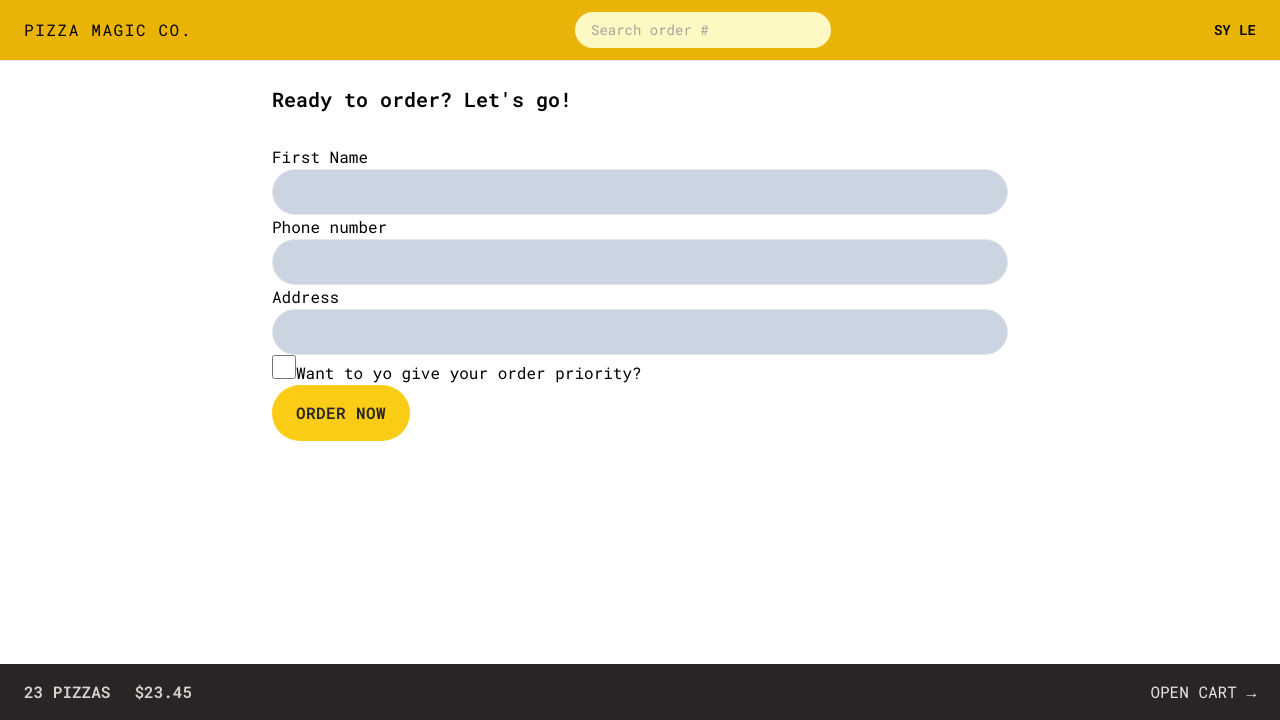
Repository: SyLe-Van/The-Pizza-Magic-web
Page: /order/new
An editor plug-in stored every save of this project. The page is shown before and after the next save, followed by the edit.
The browser window is 1280 px wide. The pictures show the whole page.
The project was rebuilt for these pictures with package versions that can differ from the ones it lists, and the page was loaded fresh each time. Also part of the build but not shown: vite.config.js, src/features/user/CreateUser.jsx, src/ui/Home.jsx, src/ui/Loader.jsx, src/features/menu/Menu.jsx, src/ui/LinkButton.jsx, src/utils/helpers.js, src/features/cart/CartItem.jsx and 3 more. Imported but missing from the stored project, and not drawn on this page: src/features/menu/MenuItem.

Above is the page before, as saved 2024-07-28 18:34:22.

### index.html
<!doctype html>
<html lang="en">
  <head>
    <meta charset="UTF-8" />
    <link rel="icon" type="image/svg+xml" href="/vite.svg" />
    <meta name="viewport" content="width=device-width, initial-scale=1.0" />
    <link rel="preconnect" href="https://fonts.googleapis.com">
    <link rel="preconnect" href="https://fonts.gstatic.com" crossorigin>
    <link href="https://fonts.googleapis.com/css2?family=Roboto+Mono:ital,wght@0,100..700;1,100..700&display=swap"
      rel="stylesheet">
    <title>Vite + React</title>
  </head>
  <body clas="bg-stone-100 text-stone-700">
    <div id="root"></div>
    <script type="module" src="/src/main.jsx"></script>
  </body>
</html>

### src/App.jsx
import {RouterProvider, createBrowserRouter } from "react-router-dom"
import Home from "./ui/Home"
import AppLayout from "./ui/AppLayout"
import Menu, {loader as menuLoader} from "./features/menu/Menu"
import Cart from "./features/cart/Cart"
import Error from "./ui/Error"
import CreateOrder, {action as CreateOrderAction} from "./features/order/CreateOrder"
import Order, {loader as orderLoader} from "./features/order/Order"
const router = createBrowserRouter([
  {
    element: <AppLayout />,
    errorElement: <Error />,
    children: [
      {
        path: "/",
        element: <Home />
      },
      {
        path: "/menu",
        element: <Menu />,
        loader: menuLoader,
        errorElement: <Error />,
      },
      {
        path: "/cart",
        element: <Cart />
      },
      {
        path: "/order/new",
        element: <CreateOrder />,
        action: CreateOrderAction,
      },
      {
        path: "/order/:orderId",
        element: <Order />,
        loader: orderLoader,
        errorElement: <Error />,
      }
    ]
  },


])

export default function App() {
  return <RouterProvider router={router} />
}

### src/index.css
@tailwind base;
@tailwind components;
@tailwind utilities;

@layer components {
  .input{
    @apply
      rounded-full
       md:px-6 md:py-3
        focus:ring
        focus:ring-yellow-400
         focus:outline-none
          border
           border-stone-200
            w-full px-4 py-2
            text-sm transition-all
             duration-300
              placeholder:text-stone-400
               bg-slate-300

  }
    .loader {
      width: 45px;
      aspect-ratio: 0.75;
      --c: no-repeat linear-gradient(theme(colors.stone.800) 0 0);
      background: var(--c) 0% 50%, var(--c) 50% 50%, var(--c) 100% 50%;
      background-size: 20% 50%;
      animation: loading 1s infinite linear;
    }

    @keyframes loading {
      20% {
        background-position: 0% 0%, 50% 50%, 100% 50%;
      }

      40% {
        background-position: 0% 100%, 50% 0%, 100% 50%;
      }

      60% {
        background-position: 0% 50%, 50% 100%, 100% 0%;
      }

      80% {
        background-position: 0% 50%, 50% 50%, 100% 100%;
      }
    }
}
/* body {
  font-family: system-ui, -apple-system, BlinkMacSystemFont, 'Segoe UI', Roboto,
    Oxygen, Ubuntu, Cantarell, 'Open Sans', 'Helvetica Neue', sans-serif;
  background-color: #f7f7f7;
  color: #444;
}

.layout {
  display: grid;
  grid-template-rows: auto 1fr auto;
  gap: 32px;
  height: 100dvh;

} */

/* https://dev.to/afif/i-made-100-css-loaders-for-your-next-project-4eje */

### src/ui/AppLayout.jsx
import { Outlet, useNavigation } from "react-router-dom";
import CartOverview from "../features/cart/CartOverview";
import Header from "./Header";
import Loader from "./Loader";
export default function AppLayout() {
    const navigation = useNavigation()
    const isLoading = navigation.state === "loading"
    return (
        <div className="grid h-screen grid-rows-[auto_1fr_auto]">
            {isLoading && <Loader />}
            <Header />
            <div className="overflow-scroll">
                <main className="mx-auto max-w-3xl ">
                    <Outlet />
                </main>
            </div>
            <CartOverview />
        </div>
    )
}

### src/features/order/CreateOrder.jsx
import { useState } from "react";
import Button from "../../ui/Button";
import { Form, redirect, useNavigation, useActionData  } from "react-router-dom";
import { createOrder } from "../../services/apiRestaurant.js";
// https://uibakery.io/regex-library/phone-number
const isValidPhone = (str) =>
  /^\+?\d{1,4}?[-.\s]?\(?\d{1,3}?\)?[-.\s]?\d{1,4}[-.\s]?\d{1,4}[-.\s]?\d{1,9}$/.test(
    str
  );

const fakeCart = [
  {
    pizzaId: 12,
    name: "Mediterranean",
    quantity: 2,
    unitPrice: 16,
    totalPrice: 32,
  },
  {
    pizzaId: 6,
    name: "Vegetale",
    quantity: 1,
    unitPrice: 13,
    totalPrice: 13,
  },
  {
    pizzaId: 11,
    name: "Spinach and Mushroom",
    quantity: 1,
    unitPrice: 15,
    totalPrice: 15,
  },
];

function CreateOrder() {
  const navigation = useNavigation();
  const isSubmitting = navigation.state === "submitting";
  // const [withPriority, setWithPriority] = useState(false);
  const formErrors = useActionData();

  const cart = fakeCart;

  return (
    <div className="px-4 py-6 ">
      <h2 className="text-xl font-semibold mb-8">Ready to order? Let's go!</h2>
      {/* <form method="POST" action="/order/new"></form> */}
      <Form method="POST">
        <div>
          <label>First Name</label>
          <input className="input"  type="text" name="customer" required />
        </div>

        <div>
          <label>Phone number</label>
          <div>
            <input className="input" type="tel" name="phone" required />
          </div>
          {formErrors?.phone && <p>{formErrors.phone}</p>}
        </div>

        <div>
          <label>Address</label>
          <div>
            <input className="input" type="text" name="address" required />
          </div>
        </div>

        <div>

          <input
            className="h-6  w-6 accent-yellow-400 focus:ring-offset-2 focus:ring focus:outline-none focus:ring-yellow-400 "
            type="checkbox"
            name="priority"
            id="priority"
            // value={withPriority}
            // onChange={(e) => setWithPriority(e.target.checked)}
          />
          <label htmlFor="priority">Want to yo give your order priority?</label>
        </div>

        <div>
          <input type="hidden" name="cart" value={JSON.stringify(cart)} />
          <Button type="primary" disabled={isSubmitting}>{isSubmitting ? "Placing order..." : "Order now"} </Button>
        </div>
      </Form>
    </div>
  );s
}

export async function action({request}) {
  const formData = await request.formData();
  const data = Object.fromEntries(formData);
  console.log(data);

  const order = {
    ...data,
    cart: JSON.parse(data.cart),
    priority: data.priority === "on",
  }


  const errors = {}
  if(!isValidPhone(order.phone)) {
    errors.phone = "Invalid phone number"
  }
  if (Object.keys(errors).length > 0) return errors;

  const newOrder = await createOrder(order)

  return redirect(`/order/${newOrder.id}`)
}

export default CreateOrder;

### src/features/cart/CartOverview.jsx
import { Link } from "react-router-dom";

export default function CartOverview() {
  return (
    <div className="bg-stone-800 text-stone-200 py-4 justify-between uppercase  px-4 sm:px-6 md:text-base flex items-center">
      <p className="text-stone-300 font-semibold space-x-4 sm:space-x-6">
        <span>23 pizzas</span>
        <span>$23.45</span>
      </p>
      <Link to='/cart'>Open cart &rarr;</Link>
    </div>
  );
}

### src/ui/Header.jsx
import { Link } from "react-router-dom";
import Username from "../features/user/Username";
import SearchOrder from "../features/order/SearchOrder";

export default function Header() {
    return (
        <header className="bg-yellow-500  flex items-center justify-between uppercase py-3 px-4 border-b border-stone-200 sm:px-6">
            <Link className="tracking-widest" to="/">Pizza Magic Co.</Link>
            <SearchOrder />

            <Username />

        </header>
    )
}

### src/services/apiRestaurant.js
const API_URL = 'https://react-fast-pizza-api.onrender.com/api';

export async function getMenu() {
  const res = await fetch(`${API_URL}/menu`);

  // fetch won't throw error on 400 errors (e.g. when URL is wrong), so we need to do it manually. This will then go into the catch block, where the message is set
  if (!res.ok) throw Error('Failed getting menu');

  const { data } = await res.json();
  return data;
}

export async function getOrder(id) {
  const res = await fetch(`${API_URL}/order/${id}`);
  if (!res.ok) throw Error(`Couldn't find order #${id}`);

  const { data } = await res.json();
  return data;
}

export async function createOrder(newOrder) {
  try {
    const res = await fetch(`${API_URL}/order`, {
      method: 'POST',
      body: JSON.stringify(newOrder),
      headers: {
        'Content-Type': 'application/json',
      },
    });

    if (!res.ok) throw Error();
    const { data } = await res.json();
    return data;
  } catch {
    throw Error('Failed creating your order');
  }
}

export async function updateOrder(id, updateObj) {
  try {
    const res = await fetch(`${API_URL}/order/${id}`, {
      method: 'PATCH',
      body: JSON.stringify(updateObj),
      headers: {
        'Content-Type': 'application/json',
      },
    });

    if (!res.ok) throw Error();
    // We don't need the data, so we don't return anything
  } catch (err) {
    throw Error('Failed updating your order');
  }
}

### src/ui/Button.jsx
import { Link } from "react-router-dom";
function Button({ children, disabled, to , type}) {

    const base = "bg-yellow-400 focus:outline-none focus:ring-offset-2 focus:ring focus:ring-yellow-300 focus:bg-yellow-300 duration-300 transition-colors uppercase font-semibold   text-stone-800 inline-block  tracking-wide rounded-full hover:bg-yellow-300 disabled:cursor-not-allowed "
    const styles = {
        secondary: "focus:outline-none hover:text-stone-800 border-2 py-2.5 px-4 md:px-6 md:py-3.5 border-stone-300 focus:ring-offset-2 focus:ring focus:ring-stone-200 focus:bg-stone-300 duration-300 transition-colors uppercase font-semibold   text-stone-400 inline-block  tracking-wide rounded-full hover:bg-stone-300 disabled:cursor-not-allowed ",
        primary: base + "py-3 px-4 md:px-6 md:py-4",
        small: base + "px-4 py-2 md:px-5 md:py-2.5 text-xs"
    }
    if (to) {
        return <Link className={styles[type]} to={to}>{children}</Link>
    }
    return <button disabled={disabled} className={styles[type]}>
      {children}
  </button>
}
export default Button;

### src/features/user/Username.jsx
function Username() {
    return (
        <div className="text-sm hidden font-semibold md:block">Sy Le</div>
    )
}

export default Username;

### src/features/order/SearchOrder.jsx
import {useState} from 'react';
import { useNavigate } from 'react-router-dom';
export default function SearchOrder() {
    const [query, setQuery] = useState("");
    const navigate = useNavigate()

    function handleSubmit(e) {
        e.preventDefault();
        if (!query) return;
        navigate('/order/' + query)
        setQuery("")
    }
    return (
        <form onSubmit={handleSubmit}>
            <input  placeholder="Search order #"
                value={query}
                onChange={e => setQuery(e.target.value)}
                className='w-28 transition-all duration-300 focus:ring-opacity-50 rounded-full bg-yellow-100 px-4 py-2 text-sm placeholder:text-stone-400 sm:w-64 sm:focus:focus:w-72 focus:outline-none focus:ring focus:ring-yellow-500'
            />
        </form>
    )
}

### tailwind.config.js
/** @type {import('tailwindcss').Config} */
module.exports = {
  content: ["./index.html", "./src/**/*.{html,js,jsx,tsx}"],
  theme: {
    fontFamily: {
      sans: "Roboto Mono, monospace",
    },

    extend: {
      fontSize: {
        huge: ["8rem", { lineHeight: "1" }],
      },
      height: {
        screen: "100dvh",
      },
    },
  },
  plugins: [],
};

Loaded but not shown: src/main.jsx (common file)

After the next save:
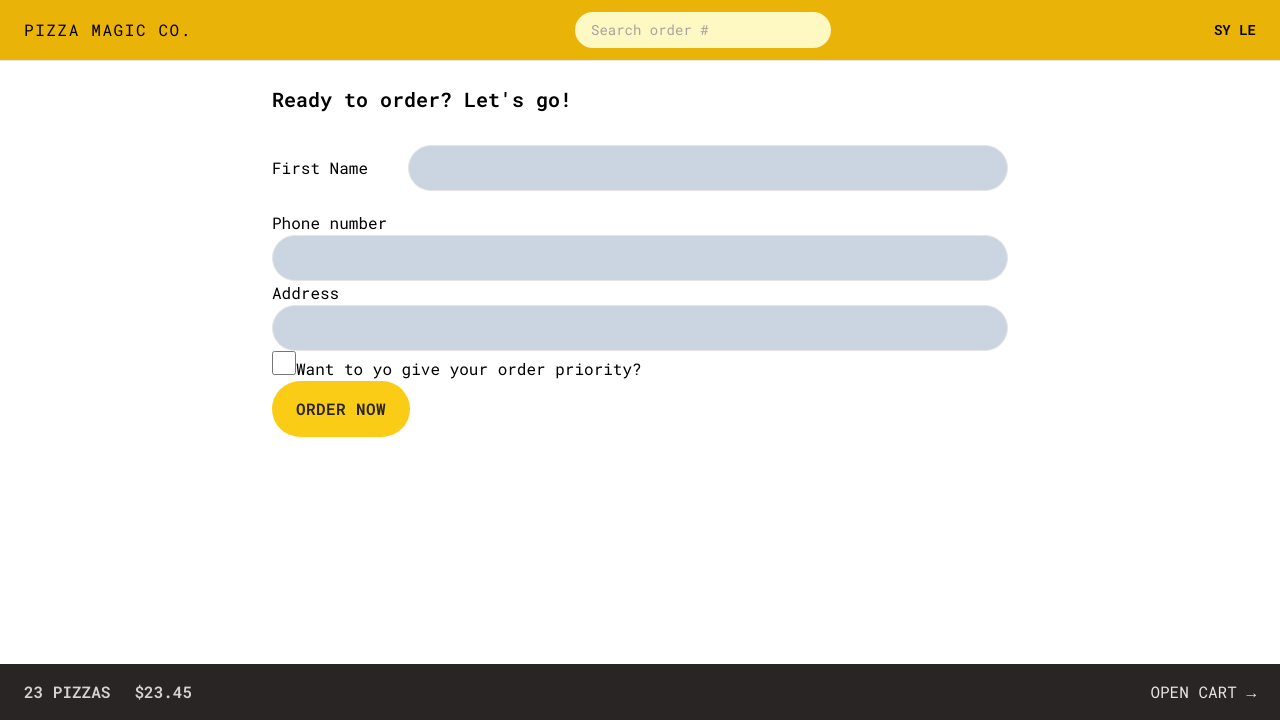
Saved 2 min 43 s later.
--- a/src/features/order/CreateOrder.jsx
+++ b/src/features/order/CreateOrder.jsx
@@ -45,8 +45,8 @@ function CreateOrder() {
       <h2 className="text-xl font-semibold mb-8">Ready to order? Let's go!</h2>
       {/* <form method="POST" action="/order/new"></form> */}
       <Form method="POST">
-        <div>
-          <label>First Name</label>
+        <div className="mb-5 flex gap-2 flex-col sm:flex-row sm:items-center">
+          <label className="sm:basis-40">First Name</label>
           <input className="input"  type="text" name="customer" required />
         </div>
 
